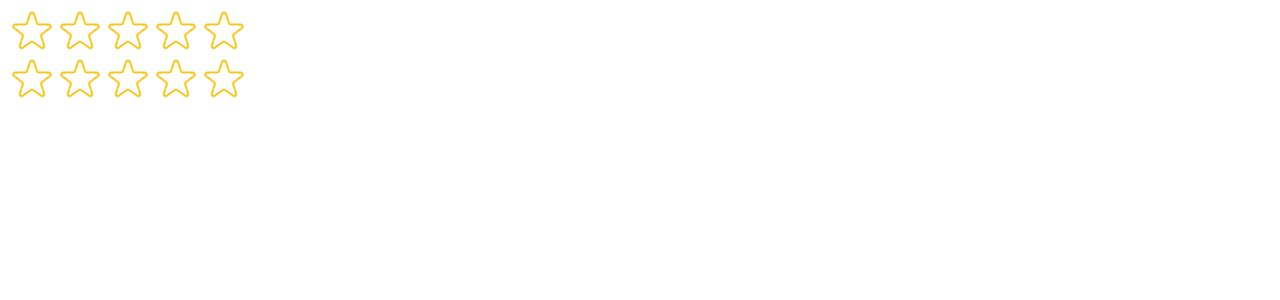
Repository: echoyol/07-usepopcorn
Page: /
An editor plug-in stored every save of this project. The page is shown before and after the next save, followed by the edit.
The browser window is 1280 px wide. The pictures show the whole page.
The project was rebuilt for these pictures with package versions that can differ from the ones it lists, and the page was loaded fresh each time.

Above is the page before, as saved 2023-07-06 18:31:43.

### src/index.js
import React from 'react'
import ReactDOM from 'react-dom/client'
// import './index.css'
// import App from './App'

import StarRating from './StarRating'

const root = ReactDOM.createRoot(document.getElementById('root'))
root.render(
  <React.StrictMode>
    {/* <App /> */}
    <StarRating
      maxRating={5}
      messages={['terrible', 'Bad', 'amazing', 'cool', 'ok']}
    />
    <StarRating defaultRating={2} />
  </React.StrictMode>
)

### src/StarRating.js
import { useState } from 'react'

const containerStyle = {
  display: 'flex',
  alignItems: 'center',
  gap: '16px',
}

const starContainerStyle = {
  display: 'flex',
}

export default function StarRating({
  maxRating = 5,
  color = '#fcc419',
  size = 48,
  className = '',
  message = [],
}) {
  const [rating, setRating] = useState(0)
  const [tempRating, setTemprating] = useState(0)

  function handleRating(rating) {
    setRating(rating)
  }

  const textStyle = {
    lineHeight: '1',
    margin: '0',
    color,
    fontSize: `${size / 1.5}px`,
  }

  return (
    <div
      style={containerStyle}
      className={className}
    >
      <div style={starContainerStyle}>
        {Array.from({ length: maxRating }, (_, i) => (
          <Star
            key={i}
            onRate={() => handleRating(i + 1)}
            full={tempRating ? tempRating >= i + 1 : rating >= i + 1}
            onHoverIn={() => setTemprating(i + 1)}
            onHoverOut={() => setTemprating(0)}
            color={color}
            size={size}
          />
        ))}
      </div>
      <p style={textStyle}>
        {message.length === maxRating
          ? message[tempRating ? tempRating - 1 : rating - 1]
          : tempRating || rating || ''}
      </p>
    </div>
  )
}

function Star({ onRate, full, onHoverIn, onHoverOut, color, size }) {
  const starStyle = {
    width: `${size}px`,
    height: `${size}px`,
    display: 'block',
    cursor: 'pointer',
  }
  return (
    <span
      role='button'
      style={starStyle}
      onClick={onRate}
      onMouseEnter={onHoverIn}
      onMouseLeave={onHoverOut}
    >
      {full ? (
        <svg
          xmlns='http://www.w3.org/2000/svg'
          viewBox='0 0 20 20'
          fill={color}
          stroke={color}
        >
          <path d='M9.049 2.927c.3-.921 1.603-.921 1.902 0l1.07 3.292a1 1 0 00.95.69h3.462c.969 0 1.371 1.24.588 1.81l-2.8 2.034a1 1 0 00-.364 1.118l1.07 3.292c.3.921-.755 1.688-1.54 1.118l-2.8-2.034a1 1 0 00-1.175 0l-2.8 2.034c-.784.57-1.838-.197-1.539-1.118l1.07-3.292a1 1 0 00-.364-1.118L2.98 8.72c-.783-.57-.38-1.81.588-1.81h3.461a1 1 0 00.951-.69l1.07-3.292z' />
        </svg>
      ) : (
        <svg
          xmlns='http://www.w3.org/2000/svg'
          fill='none'
          viewBox='0 0 24 24'
          stroke={color}
        >
          <path
            strokeLinecap='round'
            strokeLinejoin='round'
            strokeWidth='{2}'
            d='M11.049 2.927c.3-.921 1.603-.921 1.902 0l1.519 4.674a1 1 0 00.95.69h4.915c.969 0 1.371 1.24.588 1.81l-3.976 2.888a1 1 0 00-.363 1.118l1.518 4.674c.3.922-.755 1.688-1.538 1.118l-3.976-2.888a1 1 0 00-1.176 0l-3.976 2.888c-.783.57-1.838-.197-1.538-1.118l1.518-4.674a1 1 0 00-.363-1.118l-3.976-2.888c-.784-.57-.38-1.81.588-1.81h4.914a1 1 0 00.951-.69l1.519-4.674z'
          />
        </svg>
      )}
    </span>
  )
}

/*
FULL STAR



EMPTY STAR


*/

Loaded but not shown: public/index.html (common file)

After the next save:
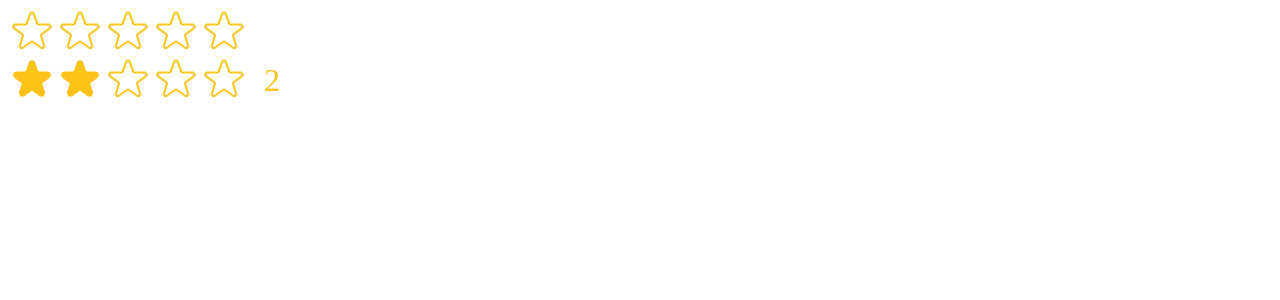
Saved 97 s later.
--- a/src/StarRating.js
+++ b/src/StarRating.js
@@ -16,8 +16,9 @@ export default function StarRating({
   size = 48,
   className = '',
   message = [],
+  defaultRating = 0,
 }) {
-  const [rating, setRating] = useState(0)
+  const [rating, setRating] = useState(defaultRating)
   const [tempRating, setTemprating] = useState(0)
 
   function handleRating(rating) {
